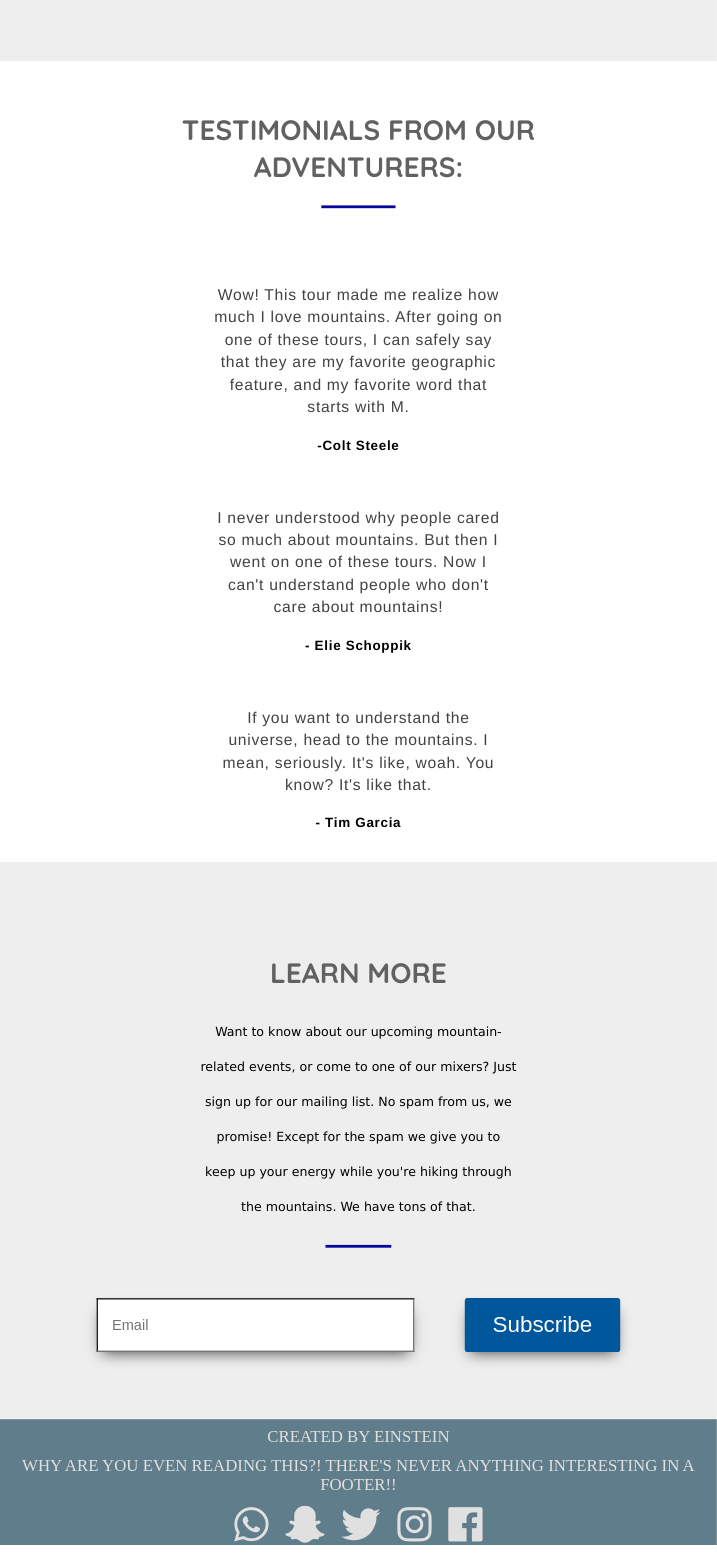
Repository: Einsteiniumeinsteinian/Advanced-CSS
Page: css-project-starter-code/index.html
These files come from the project's save history. The page is drawn as it stood at one moment and after the next save; the edit follows.
The browser window is 1024 px wide. The pictures show the part of the page from y = 3418 to 5658 px (the page is 5658 px tall), at 70% of full size.
Some web libraries are served in a nearby version.

Above is the page before, as saved 2021-09-02 14:04:51.

After the next save:
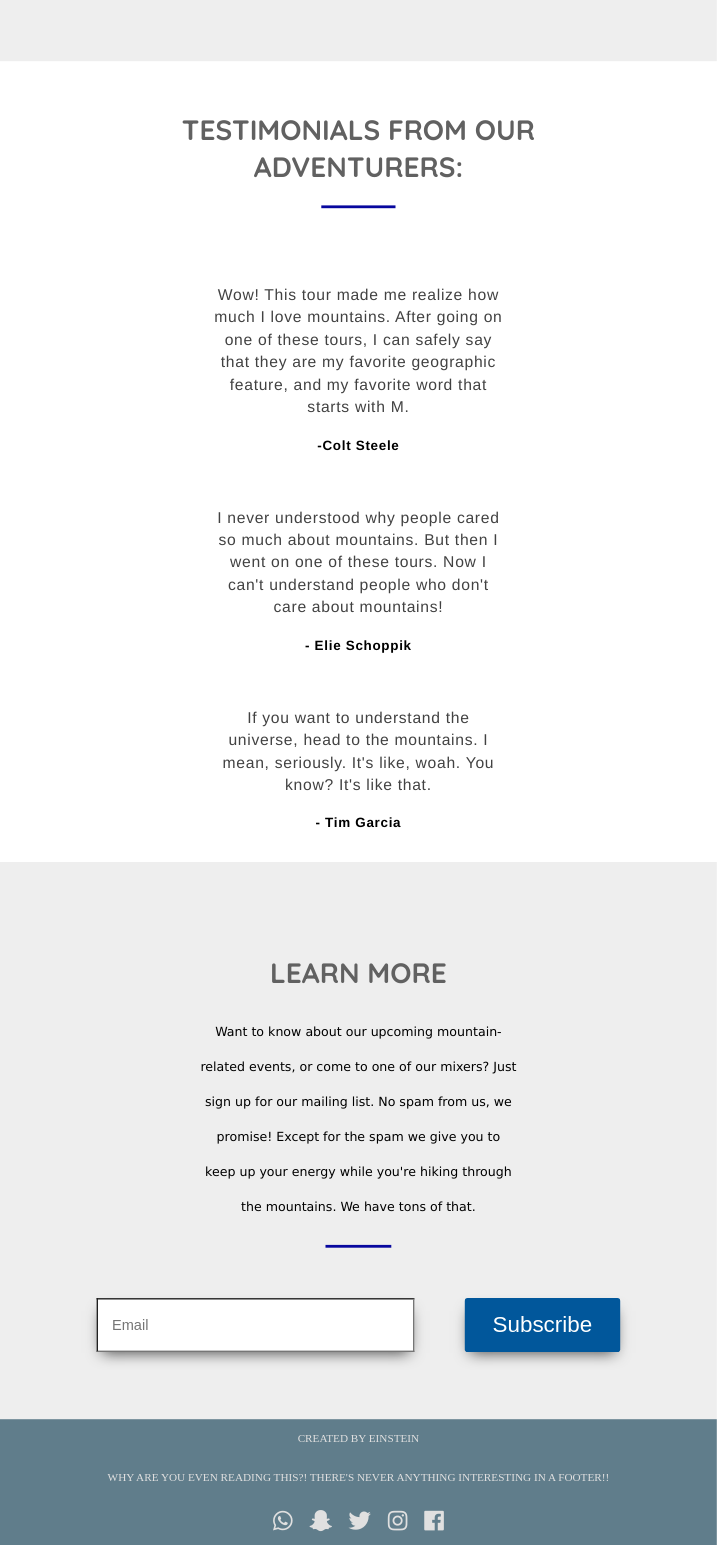
Saved 14 s later.
--- a/css-project-starter-code/assets/css/styles.css
+++ b/css-project-starter-code/assets/css/styles.css
@@ -369,7 +369,7 @@
 }
 
 
-footer > p{
+/* footer > p{
     margin-top: 10px;
     text-align: center;
   font-size: 1.5rem;
@@ -379,5 +379,5 @@
 }
 .icon-pack > i{
     font-size: 3.5rem;
-}
-}
+} */
+}

After the save that followed:
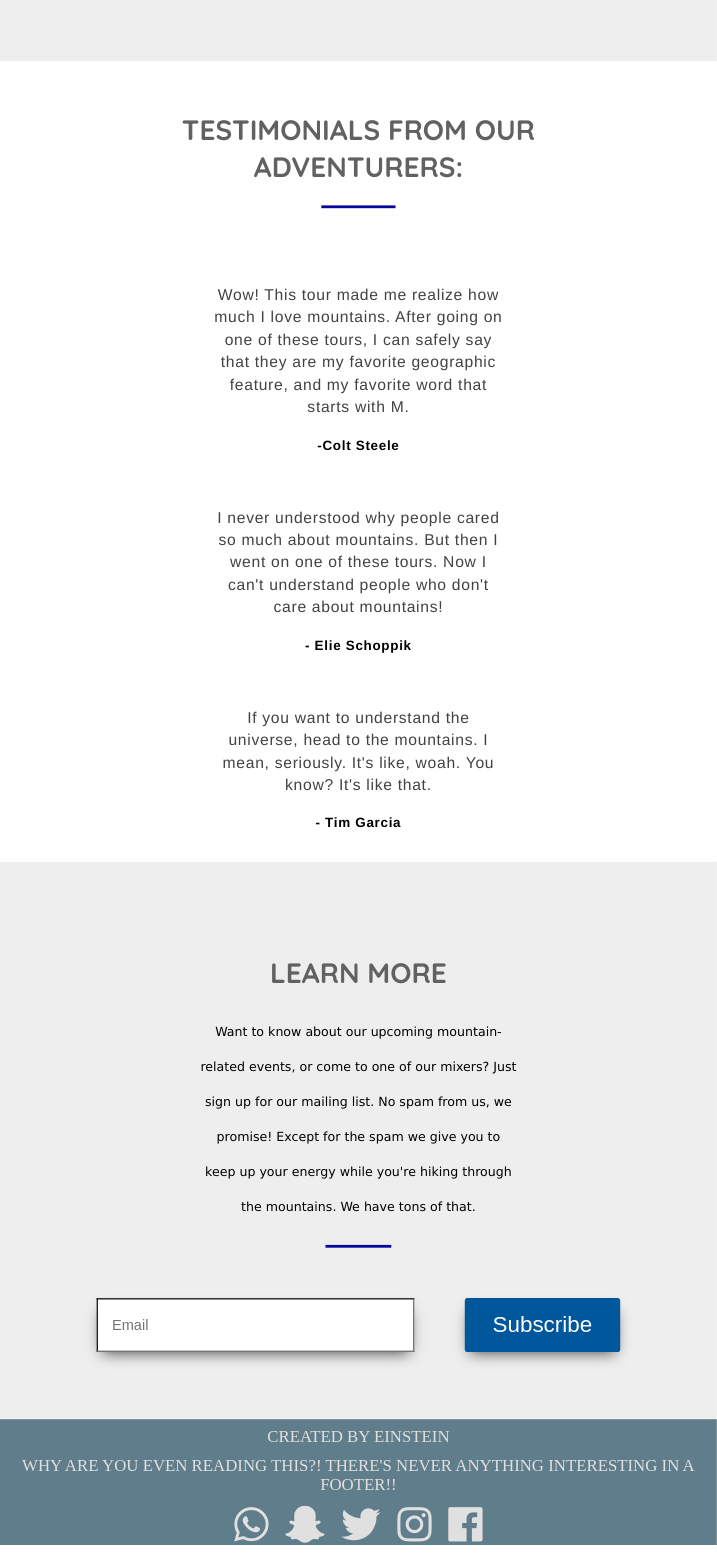
Saved 17 s later.
--- a/css-project-starter-code/assets/css/styles.css
+++ b/css-project-starter-code/assets/css/styles.css
@@ -369,7 +369,7 @@
 }
 
 
-/* footer > p{
+footer > p{
     margin-top: 10px;
     text-align: center;
   font-size: 1.5rem;
@@ -379,5 +379,5 @@
 }
 .icon-pack > i{
     font-size: 3.5rem;
-} */
-}
+}
+}
